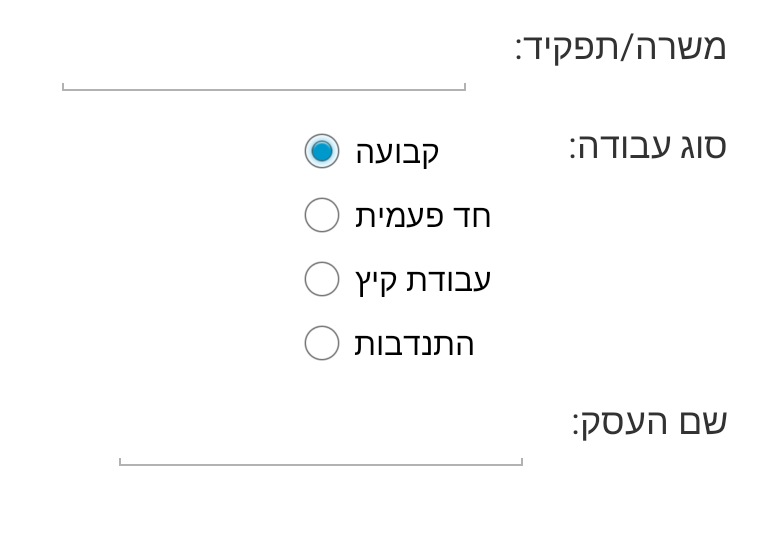
Repository: rodi055/jobli
Layout: Jobli/res/layout/fragment_create_job.xml
These files come from the project's save history. The layout is drawn as it stood at one moment and after the next save; the edit follows.
The pictures show rows 0 to 544 of an output 1280 px tall.
Pictures or frames that could not be fetched are drawn as grey boxes. It is drawn on a 768 x 1280 px phone screen (xhdpi) without system bars, with theme AppTheme; the app's code is not run. The app's manifest (not shown) leaves right-to-left support off. So textAlignment, textDirection and layoutDirection are ignored, and left and right values win over start and end ones.

Above is the layout before, as saved 2015-01-02 15:16:58.

After the next save:
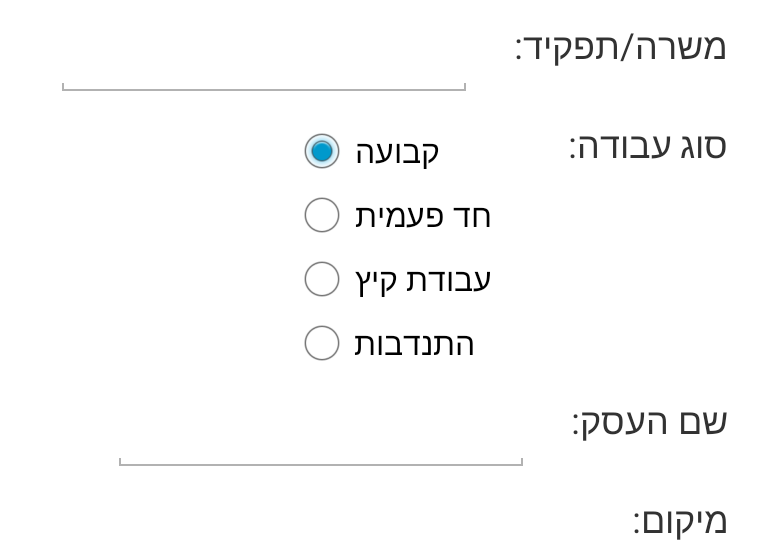
Saved 2 min 36 s later.
--- a/Jobli/res/layout/fragment_create_job.xml
+++ b/Jobli/res/layout/fragment_create_job.xml
@@ -119,6 +119,32 @@
                     android:ems="10"
                     android:maxLines="1" />
             </RelativeLayout>
+
+            <RelativeLayout
+                android:layout_width="wrap_content"
+                android:layout_height="wrap_content"
+                android:layout_marginTop="10dp" >
+
+                <TextView
+                    android:id="@+id/textView4"
+                    android:layout_width="wrap_content"
+                    android:layout_height="wrap_content"
+                    android:layout_alignParentRight="true"
+                    android:layout_alignParentTop="true"
+                    android:layout_marginEnd="20dp"
+                    android:layout_marginRight="20dp"
+                    android:text="מיקום:"
+                    android:textSize="18sp" />
+
+
+            </RelativeLayout>
+
+            <fragment
+                android:id="@+id/My_map"
+                android:layout_width="match_parent"
+                android:layout_height="120dp"
+                android:layout_marginBottom="20dp"
+                class="com.google.android.gms.maps.SupportMapFragment" />
         </LinearLayout>
     </ScrollView>
 
